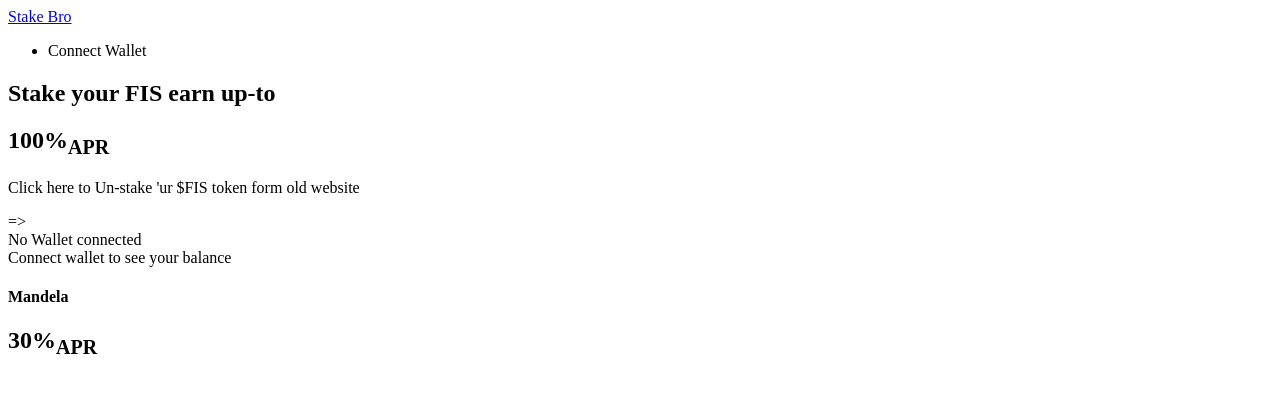
Repository: NorVirae/Stake
Page: /
The author's editor kept a copy of each file at every save. The page is drawn from the files as they stood at one save, then again after the next save.
The browser window is 1280 px wide. The pictures show the whole page.
The project was rebuilt for these pictures with package versions that can differ from the ones it lists, and the page was loaded fresh each time.

Above is the page before, as saved 2022-04-18 00:46:58.

### src/App.tsx
import React from 'react';

function App() {
  return (
    <div className="stake-container">
      <header>
        <nav>
            <a href='logo'>Stake Bro</a>
            <ul>
              <li>Connect Wallet</li>
            </ul>
        </nav>
      </header>

      <main>
        <section className='info-global'>
          <div className='inner-container-left'>
            <h1> Stake your FIS earn up-to</h1>
            <h1>100%<sub>APR</sub></h1>

          </div>

          <div className='inner-container-right'>
            <p>Click here to Un-stake 'ur $FIS token form old website</p>
            <span>{"=>"}</span>
          </div>
        </section>

        <section className='connection-info'>
          <div>No Wallet connected</div>
          <div> Connect wallet to see your balance</div>
        </section>

        <section className='reward'>
          <div className='apr-card'>
            <div className='mandela-container'>

            </div>
            <h4>Mandela</h4>
            <h1>30%<sub>APR</sub></h1>

            <h2 className='limit-container'></h2>
          </div>
        </section>

      </main>

      <footer>

      </footer>

    </div>
  );
}

export default App;

Loaded but not shown: public/index.html (common file); src/index.tsx (common file); src/reportWebVitals.ts (common file)

After the next save:
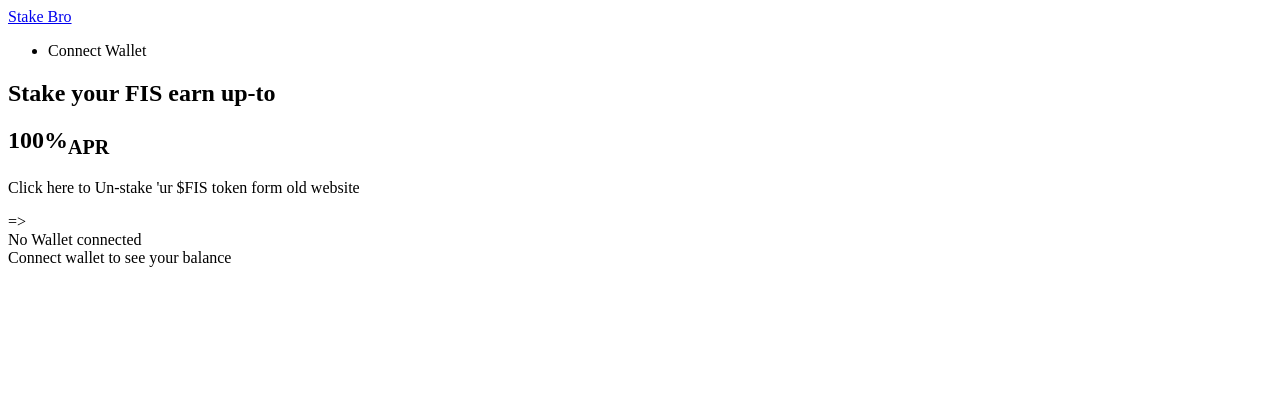
Saved 4 s later.
--- a/src/App.tsx
+++ b/src/App.tsx
@@ -36,8 +36,7 @@
             <div className='mandela-container'>
 
             </div>
-            <h4>Mandela</h4>
-            <h1>30%<sub>APR</sub></h1>
+
 
             <h2 className='limit-container'></h2>
           </div>

After the save that followed:
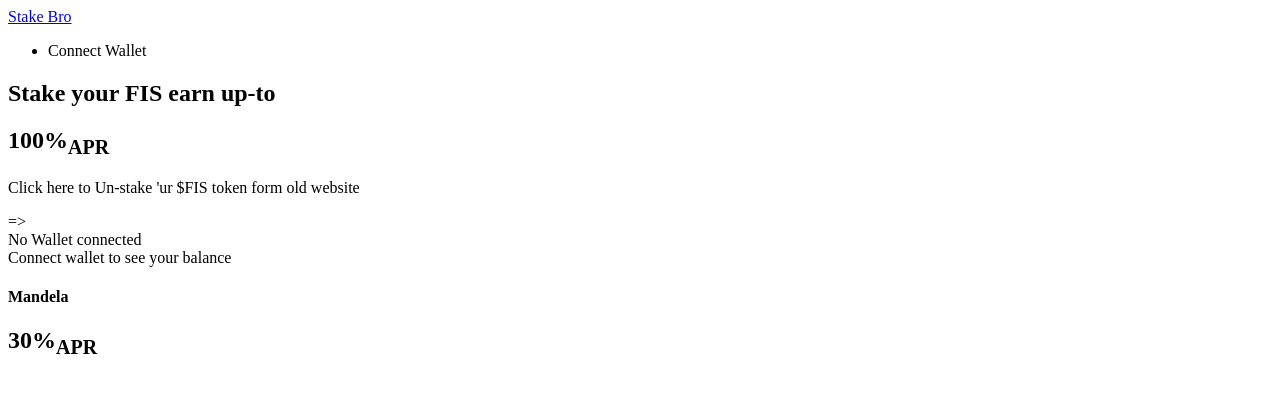
Saved 5 s later.
--- a/src/App.tsx
+++ b/src/App.tsx
@@ -34,7 +34,8 @@
         <section className='reward'>
           <div className='apr-card'>
             <div className='mandela-container'>
-
+            <h4>Mandela</h4>
+            <h1>30%<sub>APR</sub></h1>
             </div>
 
 
